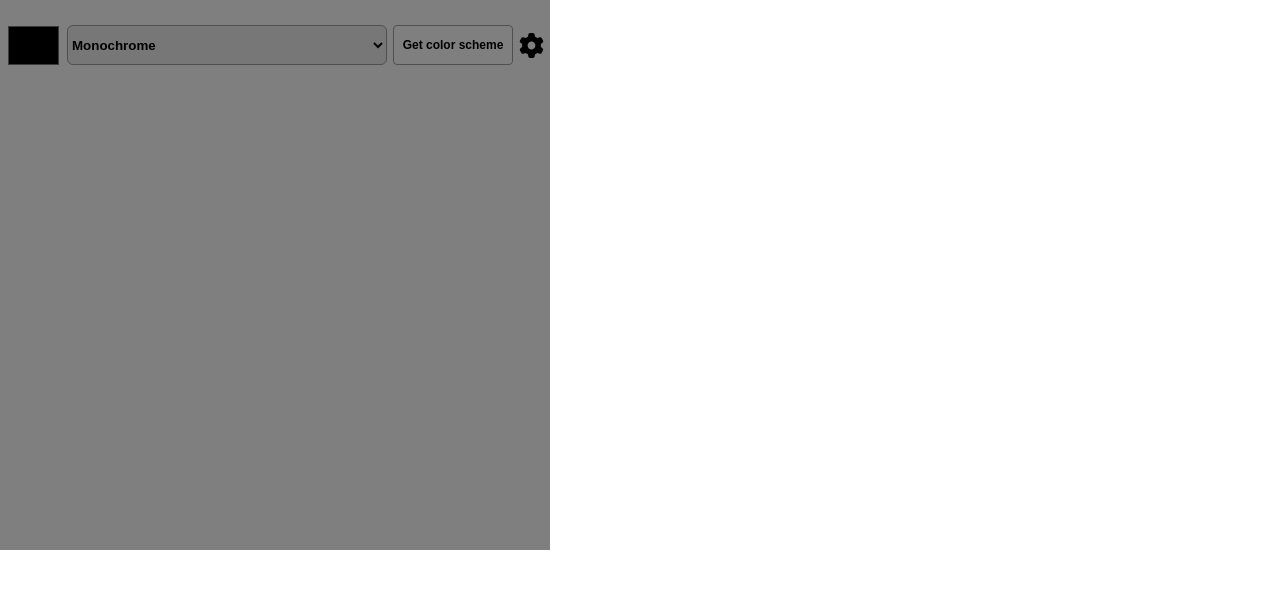
Repository: RadziSzop/colorPicker
Page: index.html
The author's editor kept a copy of each file at every save. The page is drawn from the files as they stood at one save, then again after the next save.
The browser window is 1280 px wide. The pictures show the whole page.

Above is the page before, as saved 2022-03-04 22:59:48.

### index.html
<!DOCTYPE html>
<html lang="en">
  <head>
    <meta charset="UTF-8" />
    <meta http-equiv="X-UA-Compatible" content="IE=edge" />
    <meta name="viewport" content="width=device-width, initial-scale=1.0" />
    <link rel="stylesheet" href="style.css" />
    <link rel="preconnect" href="https://fonts.googleapis.com" />
    <link rel="preconnect" href="https://fonts.gstatic.com" crossorigin />
    <link
      href="https://fonts.googleapis.com/css2?family=Roboto:wght@400;700&display=swap"
      rel="stylesheet"
    />
    <title>Document</title>
  </head>
  <body>
    <!-- <p id="test">ok</p> -->
    <div class="container">
      <div class="modal">
        <div class="settings"></div>
      </div>
      <div class="main">
        <input type="color" id="color-picker" />
        <select id="menu">
          <option value="Monochrome">Monochrome</option>
          <option value="Monochrome-dark">Monochrome-dark</option>
          <option value="Monochrome-light">Monochrome-light</option>
          <option value="Analogic">Analogic</option>
          <option value="Complement">Complement</option>
          <option value="Analogic-complement">Analogic-complement</option>
          <option value="Triad">Triad</option>
        </select>
        <button id="submit-button">Get color scheme</button>
        <!-- <button id="settings-button">Settings</button> -->
        <div class="gear">
          <img src="images/gear-solid.svg" alt="" />
        </div>
      </div>
      <div class="colors">
        <div class="colorBox" id="color1"></div>
        <div class="colorBox" id="color2"></div>
        <div class="colorBox" id="color3"></div>
        <div class="colorBox" id="color4"></div>
        <div class="colorBox" id="color5"></div>
      </div>
      <div class="color_values">
        <div class="valueBox"><p id="value1"></p></div>
        <div class="valueBox"><p id="value2"></p></div>
        <div class="valueBox"><p id="value3"></p></div>
        <div class="valueBox"><p id="value4"></p></div>
        <div class="valueBox"><p id="value5"></p></div>
      </div>
    </div>

    <script src="main.js"></script>
  </body>
</html>

### style.css
* {
  box-sizing: border-box;
}
img {
  height: 100%;
  width: 100%;
}

html {
  font-family: "Roboto", sans-serif;
}
html,
body {
  margin: 0;
  padding: 0;
}
select {
  width: 320px;
  height: 40px;
  border-radius: 6px;
  font-weight: 700;
  border: 1px rgb(160, 160, 160) solid;
}
button {
  width: 120px;
  height: 40px;
  font-size: 12px;
  background-color: white;
  border: 1px rgb(160, 160, 160) solid;
  border-radius: 4px;
  font-weight: 700;
  cursor: pointer;
  transition: transform 0.2s;
}
.buttonClick {
  transform: scale(1.1);
}
option {
  padding-top: 5px;
}
.container {
  width: 550px;
  height: 550px;
  display: flex;
  flex-direction: column;
}
.main {
  height: 90px;
  width: 100%;
  background-color: rgb(255, 255, 255);
  display: flex;
  justify-content: space-evenly;
  align-items: center;
}
.gear {
  height: 25px;
  width: 25px;
}

.colors {
  height: 415px;
  display: flex;
}
.colorBox {
  width: 20%;
  height: 100%;
  background-color: rgb(255, 255, 255);
  transition: background 1s;
  /* border: 1px black solid; */
}
.color_values {
  height: 45px;
  display: flex;
  /* background-color: gray; */
}
.valueBox {
  height: 100%;
  width: 20%;
  /* border: 1px solid black; */
  display: flex;
  justify-content: center;
  align-items: center;
  font-weight: 700;
}
#color-picker {
  padding: 0;
  margin: 0;
  height: 47px;
  width: 55px;
  border: none;
  outline: none;
  -webkit-appearance: none;
  background-color: white;
}

/* modal */

.modal {
  display: flex;
  justify-content: center;
  align-items: center;
  position: fixed;
  height: 550px;
  width: 550px;
  background-color: rgba(0, 0, 0, 0.5);
}

.settings {
  height: 300px;
  width: 400px;
}

### main.js
let colorEl1 = document.querySelector("#color1")
let colorEl2 = document.querySelector("#color2")
let colorEl3 = document.querySelector("#color3")
let colorEl4 = document.querySelector("#color4")
let colorEl5 = document.querySelector("#color5")
let valueEl1 = document.querySelector("#value1")
let valueEl2 = document.querySelector("#value2")
let valueEl3 = document.querySelector("#value3")
let valueEl4 = document.querySelector("#value4")
let valueEl5 = document.querySelector("#value5")
let submitBtnEl = document.querySelector("#submit-button")
let settingsBtnEl = document.querySelector("#settings-button")
let colorPicerEl = document.querySelector("#color-picker")
let menuEl = document.querySelector("#menu")

let testEl = document.querySelector("#test")
let apiData
//     chrome.storage.sync.get('foo', function(items) {
//         testEl.textContent =  JSON.stringify(items);
//       });



submitBtnEl.addEventListener("click", getingColors)

function getingColors(){
    let color = colorPicerEl.value.slice(1)
    let type = menuEl.value.toLowerCase()

    // chrome.storage.sync.set({'foo': color}, function() {
    //     console.log('Settings saved');
    //   });

    fetch(`https://www.thecolorapi.com/scheme?hex=${color}&mode=${type}`)
    .then(response => response.json())
    .then(json => {
        apiData = json

        colorEl1.style.backgroundColor = apiData.colors[0].rgb.value
        colorEl2.style.backgroundColor = apiData.colors[1].rgb.value
        colorEl3.style.backgroundColor = apiData.colors[2].rgb.value
        colorEl4.style.backgroundColor = apiData.colors[3].rgb.value
        colorEl5.style.backgroundColor = apiData.colors[4].rgb.value

        valueEl1.textContent = apiData.colors[0].hex.clean
        valueEl2.textContent = apiData.colors[1].hex.clean
        valueEl3.textContent = apiData.colors[2].hex.clean
        valueEl4.textContent = apiData.colors[3].hex.clean
        valueEl5.textContent = apiData.colors[4].hex.clean
    })
}

After the next save:
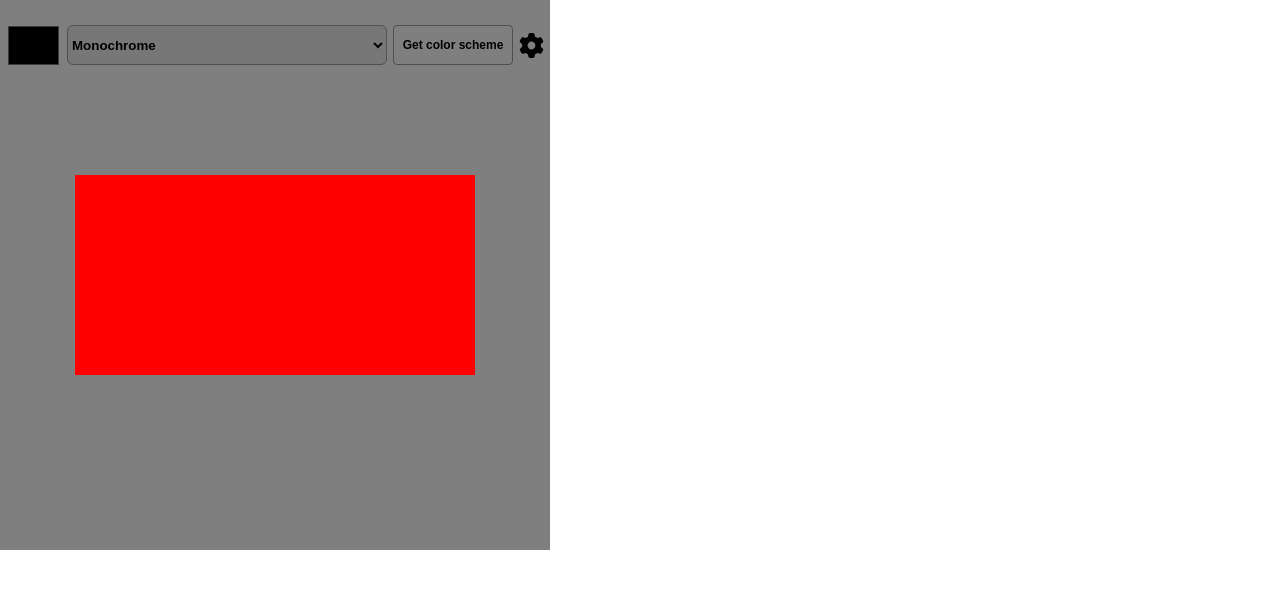
Saved 14 s later.
--- a/style.css
+++ b/style.css
@@ -106,6 +106,7 @@
 }
 
 .settings {
-  height: 300px;
+  height: 200px;
   width: 400px;
+  background-color: red;
 }
